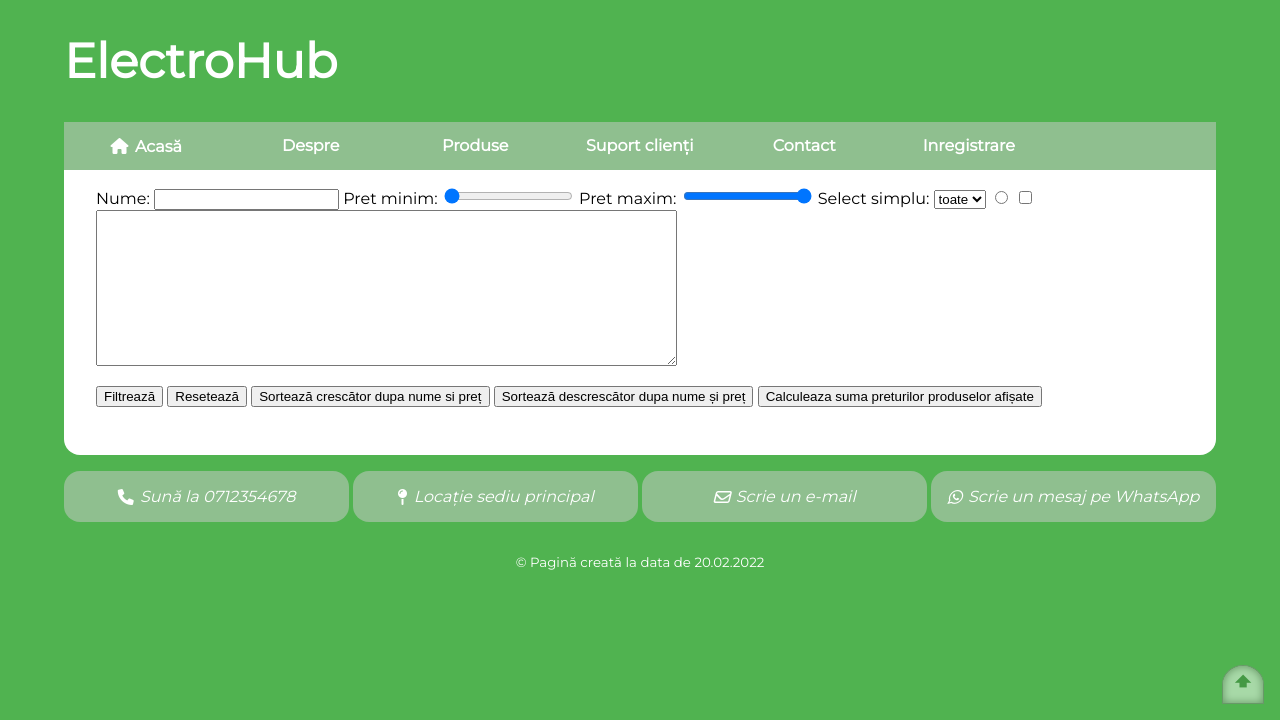
Repository: alexbanilean/Proiect-TW---ElectroHub
Page: http://localhost/produse
An editor plug-in stored every save of this project. The page is shown before and after the next save, followed by the edit.
The browser window is 1280 px wide. The pictures show the whole page.
The page is served by the project's Node server (index.js). Queries for data that is not in the repository find no rows.

Above is the page before, as saved 2022-05-09 20:22:44.
Console error: TypeError: Cannot set properties of null (setting 'onclick')

### views/pagini/produse.ejs
<!DOCTYPE html>
<html  lang="ro">
    <head>
        <meta name="description" content="Universul electronicelor și electrocasnicelor la cele mai bune prețuri.">
        <meta name="keywords" content="electronice, electrocasnice, telefoane, tablete, jocuri, televizoare, smartphone">
        <title>ElectroHub</title>
        <%- include("../fragmente/head"); %>
        <link rel="stylesheet" type="text/css" href="/resurse/css/produse.css"/>
        <script type="text/javascript" src="/resurse/js/produse.js"></script>
    </head>

    <body>

    <%- include("../fragmente/header") %>

    <main>

        <!--<label> Maxim calorii: <input type="number" id="inp-calorii" value="10000"></label>-->
        <!-- <div> Calorii: trebuie sa aiba acelasi name ca sa formeze un grup
            <p><label>Dietetic (calorii &lt; 350)
                <input id="i_rad1"  name="gr_rad" value="0:350" type="radio"/>
            </label></p>
            <p><label>Mediu (350 &le; calorii &lt; 700)
                <input id="i_rad2"  name="gr_rad" value="350:750" type="radio"/>
            </label>
            <p><label>Ridicat caloric (700 &le; calorii)
                <input id="i_rad3" name="gr_rad" value="700:1000000000" type="radio"/>
            </label>
            <p><label>Toate
                <input id="i_rad4" checked name="gr_rad" value="toate" type="radio"/>
            </label>
        </div> -->

        <p>
            <label>Nume: <input type="text" id="inp-nume"></label>
            <label>Pret minim: <input type="range" id="inp-pret-min" value="0" min="0"  max="5000"><span id="infoRangeMin"></span></label>
            <label>Pret maxim: <input type="range" id="inp-pret-max" value="5000" min="0"  max="5000"><span id="infoRangeMax"></span></label>
            <label>Select simplu:
                <select id="inp-categorie">
                    <option id="sel-toate" selected value="toate">toate</option>
                    <% for (let opt of locals.optiuni) { %>
                        <option value="<%- opt.unnest %>"><%- opt.unnest %> </option>
                    <% } %>
                </select>
            </label>

            <label> <input type="radio"> </label>
            <label> <input type="checkbox"> </label>
            <label> <textarea id = "txtArea" rows = "10" cols = "70"></textarea> </label>
            <label>
                <datalist id = "browsers">
                    <option value = "Edge">
                    <option value = "Firefox">
                    <option value = "Chrome">
                    <option value = "Opera">
                    <option value = "Safari">
                </datalist>
            </label>
            <label> </label>
            <label> </label>

        </p>

        <p>
            <button id="filtrare">Filtrează</button>
            <button id="resetare">Resetează</button>
            <button id="sortCrescNume">Sortează crescător dupa nume si preț</button>
            <button id="sortDescrescNume">Sortează descrescător dupa nume și preț</button>
            <button id="p-suma">Calculeaza suma preturilor produselor afișate</button>
        </p>

        <!-- my code below -->

        <section id="produse">
            <div class="grid-produse">
                <% for(let prod of locals.produse) { %>
                    <article class="produs">
                        <h3 class="nume"><a href="/produs/<%-prod.id %>"><span class="val-nume"><%- prod.nume%></span></a></h3>
                        <p class="categorie">Categorie: <span class="val-categorie"><%- prod.categorie %></span></p>

                        <div class="grid-intern">
                            <figure class="imag-produs">
                                <a href="produs/<%-prod.id %>" ><img src="/resurse/imagini/produse/<%- prod.imagine %>" alt="[imagine <%- prod.nume %>]" /></a>
                            </figure>

                            <table class="info-prod">
                                <tbody>
                                    <tr>
                                        <td>
                                            <span class="pret">Pret:</span>
                                        </td>
                                        <td>
                                            <span class="val-pret"><%- prod.pret %> RON</span>
                                        </td>
                                    </tr>

                                    <tr>
                                        <td>
                                            <span class="culoare">Culoare:</span>
                                        </td>
                                        <td>
                                            <span class="val-culoare"><%- prod.culoare %></span>
                                        </td>
                                    </tr>

                                    <tr>
                                        <td>
                                            <span class="descriere">Descriere:</span>
                                        </td>
                                        <td>
                                            <span class="val-descriere"><%- prod.descriere %></span>
                                        </td>
                                    </tr>

                                    <tr>
                                        <td>
                                            <span class="data_adaugare">Data adăugare:</span>
                                        </td>
                                        <td>
                                            <span class="val-data_adaugare"><time><%- `${prod.data_adaugare.getDate()}/${locals.luni[prod.data_adaugare.getMonth()]}/${prod.data_adaugare.getFullYear()} (${locals.zile[prod.data_adaugare.getDay()]})` %></time></span>
                                        </td>
                                    </tr>

                                    <tr>
                                        <td>
                                            <span class="premium">Premium:</span>
                                        </td>
                                        <td>
                                            <span class="val-premium">
                                                <% if(prod.premium == 'true') { %>
                                                    <%- 'Da' %>
                                                <% } else { %>
                                                    <%- 'Nu' %>
                                                <% } %>
                                            </span>
                                        </td>
                                    </tr>
                                </tbody>
                            </table>

                            <label class="selecteaza-cos">
                                Selectează:<br/>
                                <input type="checkbox" class="select-cos" value="<%-prod.id %>" autocomplete="off">
                            </label>
                        </div>
                    </article>
                <% } %>
            </div>
        </section>
    </main>

    <%- include("../fragmente/footer") %>
    </body>
</html>

### views/fragmente/head.ejs
<meta charset="utf-8">
<meta name="author" content="Alexandru Bănilean">

<link rel="apple-touch-icon" sizes="180x180" href="/resurse/ico/apple-touch-icon.png">
<link rel="icon" type="image/png" sizes="32x32" href="/resurse/ico/favicon-32x32.png">
<link rel="icon" type="image/png" sizes="16x16" href="/resurse/ico/favicon-16x16.png">
<link rel="manifest" href="/resurse/ico/site.webmanifest">
<link rel="mask-icon" href="/resurse/ico/safari-pinned-tab.svg" color="#5bbad5">
<link rel="shortcut icon" href="/resurse/ico/favicon.ico">
<meta name="msapplication-TileColor" content="#da532c">
<meta name="msapplication-config" content="./resurse/ico/browserconfig.xml">
<meta name="theme-color" content="#ffffff">

<link rel="stylesheet" href="/resurse/css/general.css" type="text/css"/>
<link rel="stylesheet" href="/resurse/css/general-1200.css" type="text/css" media="screen and (max-width:1200px)"/>
<link rel="stylesheet" href="/resurse/css/general-500.css" type="text/css" media="screen and (max-width:500px)"/>
<link rel="stylesheet" href="/resurse/css/nav.css" type="text/css"/>
<link rel="stylesheet" href="/resurse/css/nav-500.css" type="text/css" media="screen and (max-width:500px)"/>
<link rel="stylesheet" href="/resurse/css/galerie_statica.css" type="text/css"/>
<link rel="stylesheet" href="/resurse/css/print_style.css" type="text/css"/>

<link rel="stylesheet" href="https://use.fontawesome.com/releases/v6.0.0/css/all.css"/>
<link rel="stylesheet" href="https://fonts.googleapis.com/css?family=Montserrat"/>

<script src="/resurse/js/tema.js"></script>

### views/fragmente/header.ejs
<script>
    var tema=localStorage.getItem("tema");
    if(tema)
        document.body.classList.add("dark");
    else
        document.body.classList.remove("dark");
</script>

<header>
    <h1>ElectroHub</h1>
</header>

<nav>

    <label id="hamburger" for="ch-menu">
        <img src="/resurse/imagini/hamburger_icon_alb.png" alt="menu">
    </label>
    <input id="ch-menu" type="checkbox">

    <ul class="meniu">
        <li><div class="home-button"><a href="/index"><span class="text-home-button">Acasă</span></a></div></li>
        <li><div><a href="/despre">Despre</a></div>
            <ul>
                <li><a href="/despre#prezentare">Prezentare</a></li>
                <li><a href="/despre#istoric">Istoric</a></li>
                <li><a href="/despre#galerie">Galerie</a></li>
            </ul>
        </li>
        <li><div><a href="/produse">Produse</a></div>
            <ul>
                <li><a href="/produse">Toate</a></li>
                <% for(let categ of locals.categorii_meniu) { %>
                    <li><a href="/produse/<%-categ.unnest%>" style="text-transform: capitalize;"><%-categ.unnest%></a></li>
                <% } %>
            </ul>
        </li>
        <li><a href="/suport_clienti">Suport clienți</a></li>
        <li><a href="/contact">Contact</a></li>
        <li><a href="/inregistrare">Inregistrare</a></li>



        <% if(locals.utilizator){ %>
            <li>
                <div><%- locals.utilizator.username %></div>
                <ul>
                    <li><a href="/profil">Profil</a></li>
                    <li><a href="/logout">Logout</a></li>
                    <% if(locals.utilizator && locals.utilizator.rol == "admin") { %>
                    <li><a href="/useri">Useri</a></li>
                    <% } %>

                </ul>
            </li>
        <% } %>
    </ul>
</nav>

<p id="banner"></p>

### views/fragmente/footer.ejs
<footer>
    <address>
        <a href="tel:+40712354678" class="apel">
            <i class="fa-solid fa-phone fa-shake-hover" style="font-weight:600;padding-right:0.4rem;"></i>Sună la 0712354678</a>
        <a href="https://www.google.com/maps/place/Faculty+of+Mathematics+and+Informatics+-+University+of+Bucharest/@44.4355355,26.0995867,15z/data=!4m5!3m4!1s0x0:0x493984726f0235f9!8m2!3d44.4355355!4d26.0995867" class="locatie">
            <i class="fa-solid fa-map-pin fa-bounce" style="font-weight:600;padding-right:0.4rem;"></i>Locație sediu principal</a>
        <a href="mailto::clienti.electrohub@gmail.com" class="mail">Scrie un e-mail</a>
        <a href="https://api.whatsapp.com/send?phone=40712354678" class="mesaj">Scrie un mesaj pe WhatsApp</a>
    </address>

    <a href="#" id="link-top"><div class="tooltip"><span class="tooltiptext">Înapoi în partea de sus a paginii</span></div></a>

    <p class="copyright-info"><small>&copy; Pagină creată la data de <time datetime="2022-02-20">20.02.2022</time></small></p>
</footer>

### resurse/css/galerie_statica.css
#galerie_statica{
    display: grid;
    grid-template-columns: repeat(3, 1fr);
    gap: 10px;
    width: 100%;
}

#galerie_statica img{
    width: 100%;
    height: 100%;
}

#galerie_statica figure{
    width: 100%;
    height: 85%;
    margin: 0;
    padding: 0;
}

#galerie_statica>a:nth-child(5){
    grid-area: 2/3/3/4;
}

#galerie_statica>a:nth-child(6){
    grid-area: 3/1/4/2;
}

#galerie_statica>a:nth-child(7){
    grid-area: 3/3/4/4;
}

#galerie_statica>a:nth-child(8){
    grid-area: 4/1/5/2;
}

#galerie_statica>a:nth-child(9){
    grid-area: 4/2/5/3;
}

#galerie_statica>a:nth-child(10){
    grid-area: 4/3/5/4;
}

#galerie_statica{
    counter-reset: nr_imag;
}

#galerie_statica figcaption::before{
    content: counter(nr_imag, upper-roman) ". ";
    counter-increment: nr_imag;
    padding-right: 3px;
}

#galerie_statica figure figcaption{
    text-align: center;
    width:100%;
}

#galerie_statica figure:hover{
    transform: scale(1.25, 1.25) rotate(-10deg);
    border: 4px solid black;
    transition: all 1200ms linear;
}

#galerie_statica>a{
    text-decoration: none;
    color: inherit;
}

@media screen and (max-width: 800px){
    #galerie_statica{
        display: grid;
        grid-template-columns: repeat(2, 1fr);
    }
}

@media screen and (max-width: 500px){
    #galerie_statica{
        display: grid;
        grid-template-columns: 1fr;
    }
}

### resurse/css/print_style.css
#watermark, #banner{
    display:none;
}

@media print{

    html, body{
        width: 210mm;
        overflow: visible !important;
    }

    a{
        text-decoration: none;
        color: auto;
    }

    #link-top, video, iframe, #prezentari, figure, image, table{
        display: none;
    }

    details ol, :hover{
        display: block;
    }

	h1{
		margin-top: 50%;
		text-align:center;
	}

    nav{
        page-break-after: always;
    }

    nav u.meniu ul li{
        display: block;
    }

	#banner{
		position: absolute;
		display: inline-block;
        overflow: visible;
        width:50%;

        top: 0;
		right: 0;
	}
	#banner::after{
		content:"Acesta este un proiect școlar.";
        display: inline-block;
		position: absolute;

		font-size:10px;
        border:5px double black;

        padding: 5%;

        top: 0;
        right: 0;
	}

    #watermark{
        display: flex;
        flex-direction: column;
        position: fixed;
        align-items: center;
        justify-content: center;

        color: rgba(0,0,0,0.3);

        width: 60%;
        height: 10%;

        top: 0;
        left: 0;
    }

    #watermark::after{
        content: "Banilean Alexandru";
        display: block;
        text-align: center;
        padding: 5%;
        opacity: 0.3;

        color: rgba(0,0,0,0.3);

        border: 2px solid black;
        border-radius: 8px;
    }

	footer{
		page-break-before: always;
	}
}

@page {
    size: A4 portrait;
    margin-bottom:2cm;
    margin-top:2cm;
    counter-increment: page;

}
@page:left{

    margin-left:2cm;
    margin-right:1cm;
}
@page:right{

    margin-right:2cm;
    margin-left:1cm;
}

### resurse/css/produse.css
main{
    --padd-main: 2rem;
    padding-left: var(--padd-main);
    padding-right: var(--padd-main);
}

.grid-produse{
    display:grid;
    grid-template-columns: 1fr 1fr;
    grid-gap:1rem;
}
.grid-produse .produs{
    border-radius: 2rem;
    box-shadow: 0px 0px 0.5rem 0.2rem grey;
    overflow: hidden;
}

.grid-produse .produs h3{
    background-color: var(--medium-color);
    text-align: center;
    margin-top: 0;
    padding-top: 0.5rem;
    padding-bottom: 0.5rem;
}

.grid-produse .produs h3 a{
    color: var(--c2-text);
    text-decoration: none;
}

.grid-produse .produs h3 a:hover{
    color:var(--vivid-color);
}
.grid-produse .produs figure{
    text-align: center;
}

/* .grid-produse .produs figure img{
    border:1px solid grey
} */

.grid-produse .produs .info-prod{
    display:flex;
    width: 90%;
    /* text-align:center; */

    border-collapse: separate;

    font-weight: bold;
    padding-top: 2rem;
}

.grid-produse .produs p.categorie{
    text-align:center;
    font-weight:bold;
}

.grid-intern{
    display:grid;
    grid-template-columns: 1fr 1fr;
    grid-gap:1rem;
}

.grid-intern>figure img{
    width: 100%;
    height: auto;
}

.produs{
    position: relative;
}
.selecteaza-cos{
    display: inline-block;
    position: absolute;
    bottom: 0.5rem;
    right: 0.5rem;
    border-radius: 0.5rem;
    text-align: center;
    padding: 0.3rem;
    border: 1px solid transparent;
}

### resurse/css/general-1200.css
html{
    font-size: 14px;
}

body{
    --body-padding: 1.5rem;
    margin: 0;
}

#tabel>div{
    overflow-x: scroll;
}

#link-top{
    right: 1.7rem;
}

#link-top>.tooltip{
    right: 1.8rem;
}

.text-home-button{
    display: none;
}

.home-button>a::before{
    padding-left: 0.4rem;
}

### resurse/css/general-500.css
html{
    font-size: 10px;
}

body{
    --body-padding: 0;
}

h1{
    text-align: center;
}

#grid-pagina{
    display: block;
}

section{
    margin-top: 1rem;
}

#tabel>div{
    overflow-x: scroll;
}

.taburi-iframe a{
    text-decoration: none;
    width: 75px;
}

#link-top{
    right: 0.3rem;
}

#link-top>.tooltip{
    right: 0.4rem;
}

### resurse/css/nav-500.css
#hamburger{
    display: block;
}

ul.meniu{
    display: none;
    position: absolute;
    width: 100%;
}

/* aparitie meniu */

#ch-menu:checked+ul.meniu{
    display: block;
    z-index: 2;
    position: absolute;
    transform-origin: 0 0;

    animation-name: aparitie_meniu;
    animation-iteration-count: 1;
    animation-timing-function: linear;
    animation-fill-mode: forwards;
    animation-duration: 300ms;
}

#ch-menu:checked+ul.meniu>li>div, #ch-menu:checked+ul.meniu>li>a{
    z-index: 2;
    position: relative;
}

/* display over content meniu */

nav ul.meniu li{
    width: 100%;
}

nav ul.meniu>li ul{
    position: absolute;
    width: 100%;
    z-index: 200;
}

#ch-menu:checked+ul.meniu>li ul>*{
    position: relative;
    z-index: 200;
}

nav ul.meniu>li:hover>ul{
    z-index: 200;
    animation: none;
}

/* modificari sageata + boxshadow */

nav ul.meniu>li:hover>ul li a::before{
    content: none;
}

nav ul.meniu>li:hover>ul li a:hover::before{
    animation: none;
    content: none;
}

ul.meniu>li :hover{
    box-shadow: 1px 1px 5px 1px inset var(--c2-text), -1px -1px 5px 1px inset var(--c2-text);
}

@keyframes aparitie_meniu{
    0%{transform: scale(0,0);}
    100%{transform: scale(1,1);}
}

Loaded but not shown: resurse/json/galerie.json (97 lines, source omitted); resurse/json/erori.json (35 lines, source omitted); index.js (649 lines, source omitted); resurse/js/produse.js (331 lines, source omitted); resurse/js/tema.js (11 lines, source omitted); resurse/css/general.css (482 lines, source omitted); resurse/css/nav.css (126 lines, source omitted)

After the next save:
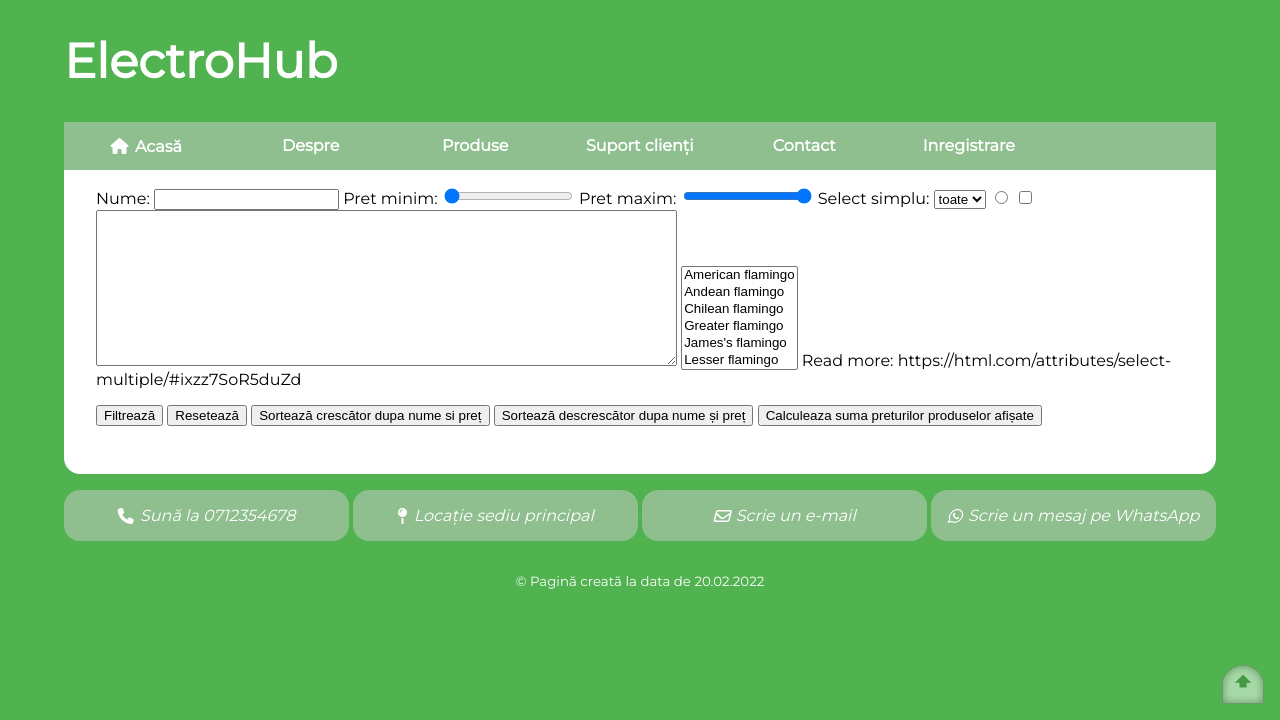
Saved 82 s later.
--- a/views/pagini/produse.ejs
+++ b/views/pagini/produse.ejs
@@ -56,7 +56,9 @@
                     <option value = "Safari">
                 </datalist>
             </label>
-            <label> </label>
+            <label> <select multiple size="6"> <option value="American">American flamingo</option> <option value="Andean">Andean flamingo</option> <option value="Chilean">Chilean flamingo</option> <option value="Greater">Greater flamingo</option> <option value="James's">James's flamingo</option> <option value="Lesser">Lesser flamingo</option> </select>
+
+                Read more: https://html.com/attributes/select-multiple/#ixzz7SoR5duZd</label>
             <label> </label>
 
         </p>

After the 3 saves that followed:
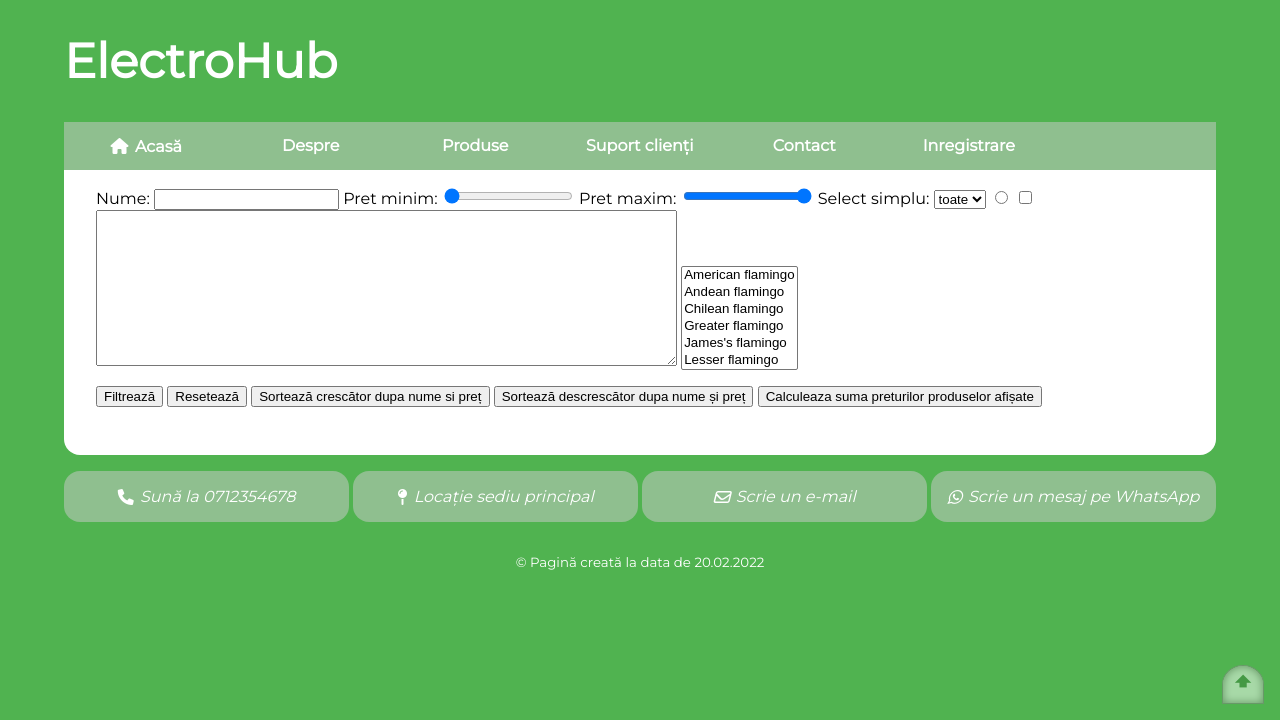
The 3 saves are shown as one change because they came seconds apart.
The last was saved 14 s later.
--- a/views/pagini/produse.ejs
+++ b/views/pagini/produse.ejs
@@ -56,9 +56,11 @@
                     <option value = "Safari">
                 </datalist>
             </label>
-            <label> <select multiple size="6"> <option value="American">American flamingo</option> <option value="Andean">Andean flamingo</option> <option value="Chilean">Chilean flamingo</option> <option value="Greater">Greater flamingo</option> <option value="James's">James's flamingo</option> <option value="Lesser">Lesser flamingo</option> </select>
+            <label>
+                <select multiple size="6">
+                    <option value="American">American flamingo</option> <option value="Andean">Andean flamingo</option> <option value="Chilean">Chilean flamingo</option> <option value="Greater">Greater flamingo</option> <option value="James's">James's flamingo</option> <option value="Lesser">Lesser flamingo</option> </select>
 
-                Read more: https://html.com/attributes/select-multiple/#ixzz7SoR5duZd</label>
+            </label>
             <label> </label>
 
         </p>
